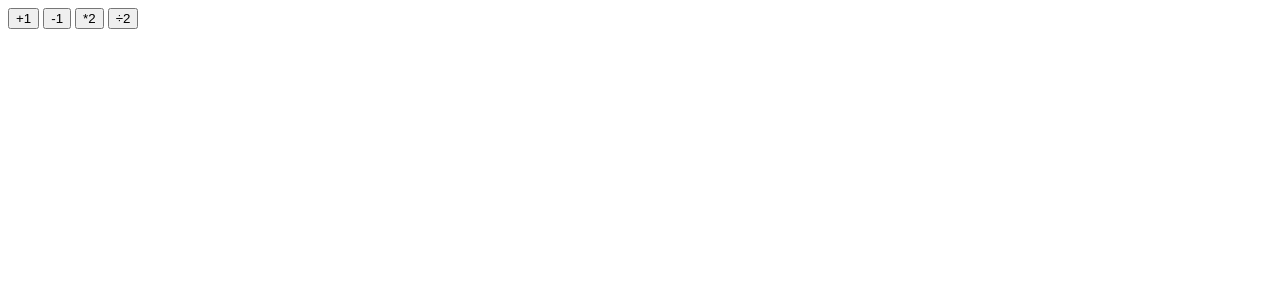
Repository: chenguocan/mvc_demo_1
Page: src/index.html
The author's editor kept a copy of each file at every save. The page is drawn from the files as they stood at one save, then again after the next save.
The browser window is 1280 px wide. The pictures show the whole page.

Above is the page before, as saved 2020-08-17 08:43:25.
Console error: SyntaxError: Cannot use import statement outside a module

### src/index.html
<!DOCTYPE html>
<html lang="en">

<head>
    <meta charset="UTF-8">
    <meta name="viewport"
        content="width=device-width,initial-scale=1,minimum-scale=1,maximum-scale=1,user-scalable=no,viewport-fit=cover">
    <title>Document</title>
</head>

<body>
    <div id="app1">
        <div>
            <span></span>
        </div>
        <div>
            <button>+1</button>
            <button>-1</button>
            <button>*2</button>
            <button>÷2</button>
        </div>
    </div>
    <div id="app2"></div>
    <div id="app3"></div>
    <div id="app4"></div>
    <script src="./main.js"></script>
</body>

</html>

### src/main.js
import "./app1.css"

After the next save:
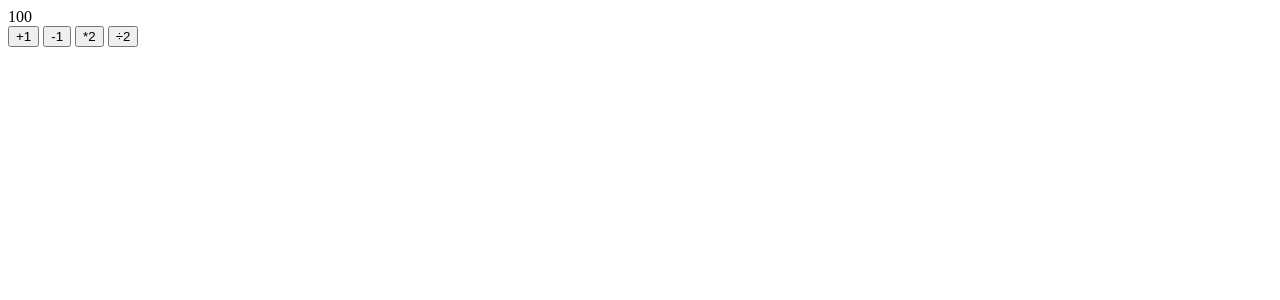
Saved 20 s later.
--- a/src/index.html
+++ b/src/index.html
@@ -10,8 +10,8 @@
 
 <body>
     <div id="app1">
-        <div>
-            <span></span>
+        <div class="output">
+            <span>100</span>
         </div>
         <div>
             <button>+1</button>
